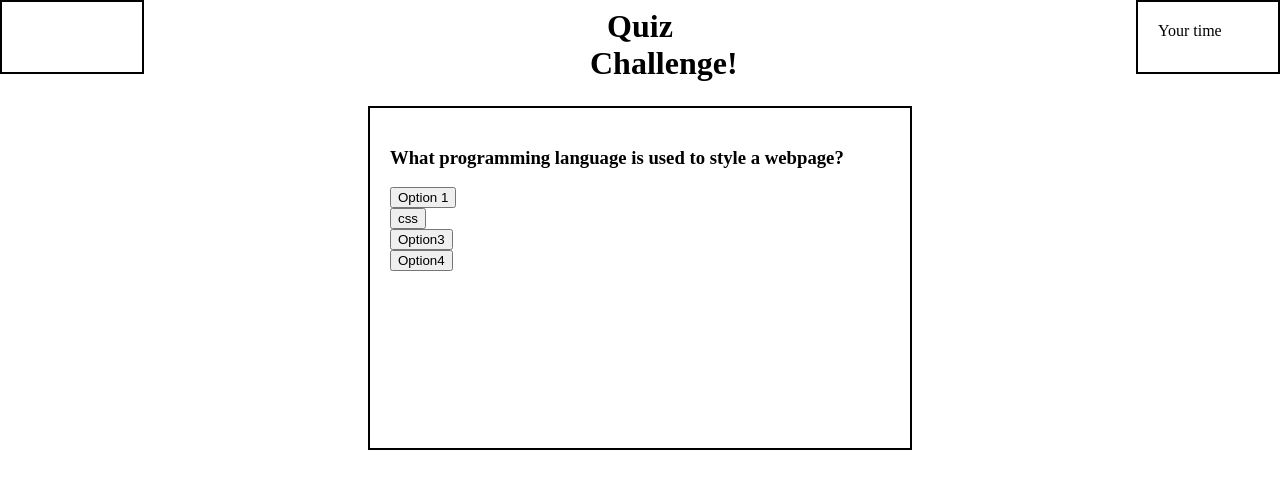
Repository: s88leigh/Quiz-Challenge
Page: index.html
These files come from the project's save history. The page is drawn as it stood at one moment and after the next save; the edit follows.
The browser window is 1280 px wide. The pictures show the whole page.

Above is the page before, as saved 2019-10-19 18:28:02.

After the next save:
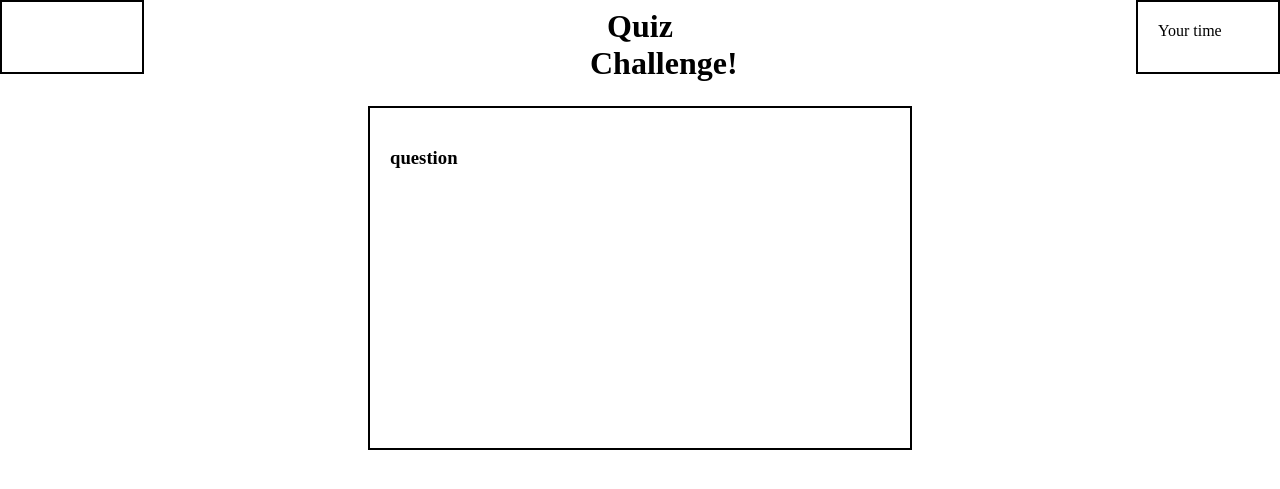
Console error: SyntaxError: Unexpected token '.'
Saved 51 s later.
--- a/script.js
+++ b/script.js
@@ -85,7 +85,7 @@
         // questIndex++;
         counter = counter + 1;
         alert ("yay, you've got  "  + counter+"/ 5" + "right!");
-        scoreBox.innerHTML('yay right: ' + counter+ '/ 5');
+        .innerHTML('yay right: ' + counter+ '/ 5');
         questionText();
 
     } else {

After the save that followed:
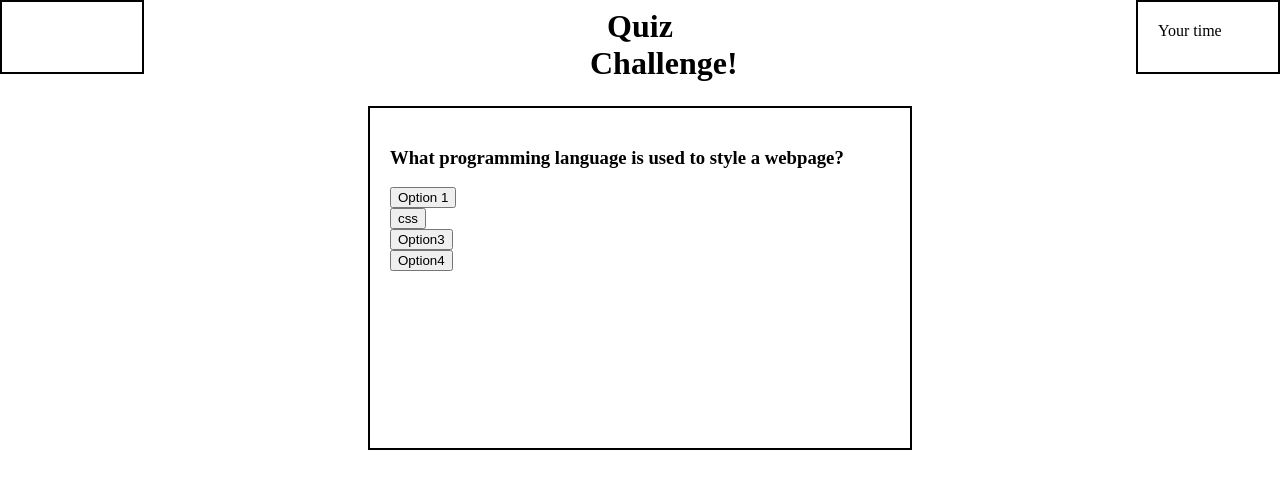
The error is gone.
Saved 6 s later.
--- a/script.js
+++ b/script.js
@@ -85,7 +85,7 @@
         // questIndex++;
         counter = counter + 1;
         alert ("yay, you've got  "  + counter+"/ 5" + "right!");
-        .innerHTML('yay right: ' + counter+ '/ 5');
+        p.innerHTML('yay right: ' + counter+ '/ 5');
         questionText();
 
     } else {
